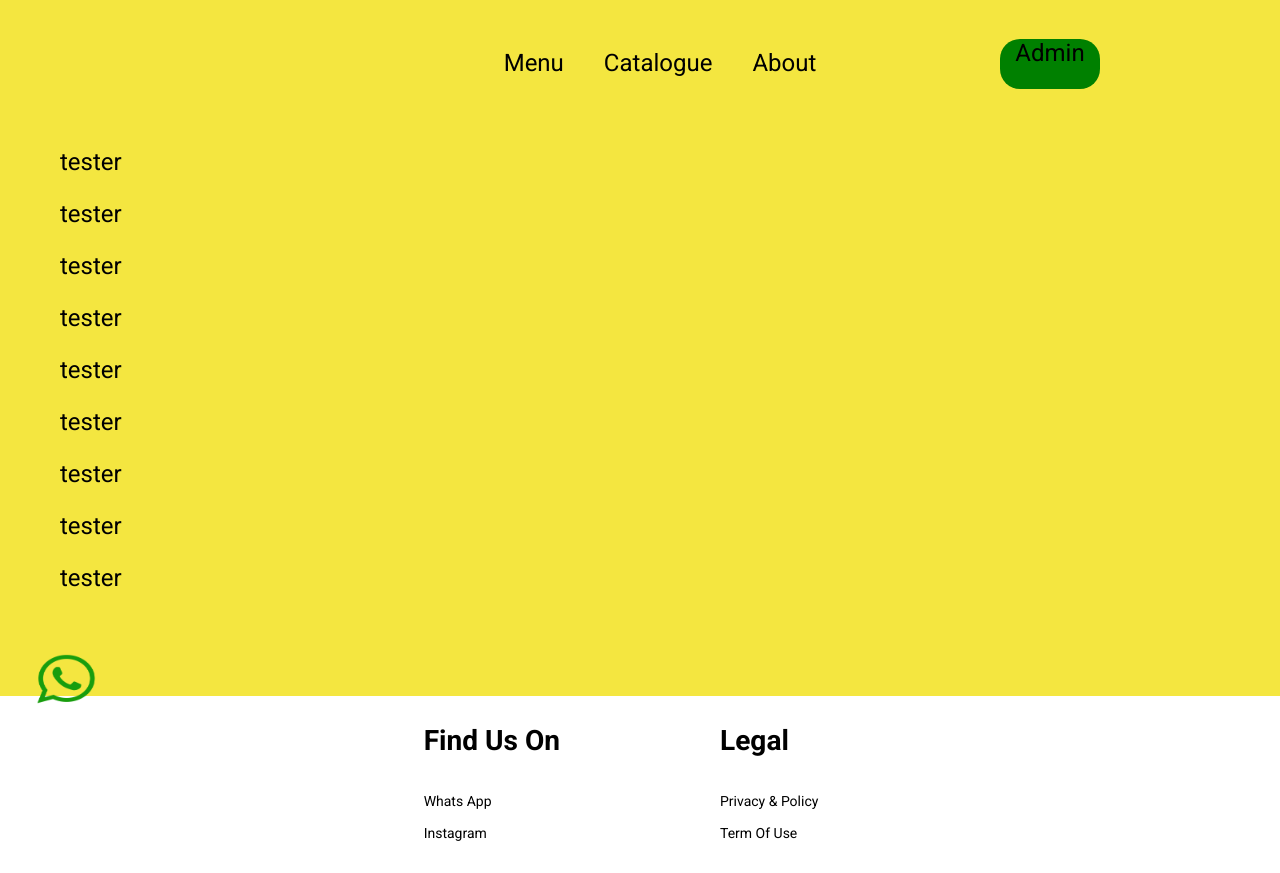
Repository: Fauzaanmhmd/Skripsi
Page: /about
The author's editor kept a copy of each file at every save. The page is drawn from the files as they stood at one save, then again after the next save.
The browser window is 1280 px wide. The pictures show the whole page.
The project was rebuilt for these pictures with package versions that can differ from the ones it lists, and the page was loaded fresh each time. The framework's server and built-in components were replaced by stand-ins that run in the browser. Also part of the build but not shown: next.config.js, components/background.js.

Above is the page before, as saved 2021-06-02 08:29:35.

### pages/about/index.js
import Layout from "../../components/Layout"

export default function About({ recipes }) {
    return (
        <Layout>
            <div>
                <p>tester</p>
                <p>tester</p>
                <p>tester</p>
                <p>tester</p>
                <p>tester</p>
                <p>tester</p>
                <p>tester</p>
                <p>tester</p>
                <p>tester</p>
                <p>tester</p>
                <p>tester</p>

            </div>
        </Layout>

    )
}

### styles/globals.css
@import url('https://fonts.googleapis.com/css2?family=Roboto:ital,wght@0,100;0,300;0,400;0,500;0,700;0,900;1,100;1,300;1,400;1,500;1,700;1,900&display=swap');

body {
  background: #F4E640;
  margin: 0;
  font-family: 'Roboto';
  font-size: 1.5em;
}
.layout {
  min-height: 100vh;
  display: flex;
  flex-direction: column;
}
header {
  text-align: center;
}
header a {
  text-decoration: none;
  color: black;
  text-transform: uppercase;
  display: inline-block;
}
header h1, header h2 {
  margin: 0;
}
header span {
  display: block;
  line-height: 1em;
}
header span:first-child {
  font-size: 1em;
  font-weight: 400;
}
header span:last-child {
  font-size: 1.5em;
  font-weight: 800;
}
header h2 {
  font-size: 1.2em;
  font-weight: 400;
}

.page-content {
  max-width: 1200px;
  margin: 20px auto 80px;
  padding: 0 20px;
  width: 100%;
  box-sizing: border-box;
}

ul{
  list-style-type: none;
  display: flex;
}

.ul_foot {
  display: flex;
  flex-direction: column;
  width: 100%;
}

.socmed {
  display: fixed;
  flex-direction: column;
  bottom: 0;
  left: 0;

}

.ul_foot > li {
  border-bottom: none;
}

.ul_foot >li:hover {
  border-bottom: none;
}
li {
  margin: 20px;
  cursor: pointer;
  border-bottom: 2px solid #F4E640;
}
li:hover {
background-color: transparent;
border-bottom: 2px solid black;
}
.navimg{
  position: absolute;
  left: 20px;
}
.zoom:hover {
  -ms-transform: scale(1.5); /* IE 9 */
  -webkit-transform: scale(1.5); /* Safari 3-8 */
  transform: scale(1.5);
  transition: transform .9s;
}

img {
  width: 550px;
  height: 380px;
  margin: 10px 0 0 0;
  padding: 10px 20px 0px 20px;
  display: flex;
  justify-content: center;
  align-items: center;
  position: relative;
  cursor: pointer;
}

img:hover {
  -ms-transform: scale(1.1); /* IE 9 */
  -webkit-transform: scale(1.1); /* Safari 3-8 */
  transform: scale(1.1);
  transition: transform .9s;
}

.image {
  display: grid;
  grid-template-columns: repeat(2,minmax(0,1fr));
  grid-gap: 5rem;
}

.img_product{
  width: 550px;
  height: 380px;
  margin: auto;
  margin-top: 150px;
  padding: 10px 20px 0px 20px;
  display: flex;
  justify-content: center;
  align-items: center;
  position: relative;
  cursor: pointer;
}

.button {
  cursor : pointer;
  margin: 0 30px;
  padding: 0 20px;
  width: 100px;
}

.button {
  cursor: pointer;
  border-bottom-width: 2px;
  background-color: #4CAF50;
  color: white;
  padding: 12px 20px;
  border: none;
  border-radius: 4px;
  cursor: pointer;
  float: center;
}

.img-bg {
  display: flex;
  background-color: white;
  flex-direction: column;
  justify-content: center;
  align-items: center;
  width: 65%;
  height: 150px;
  margin: -30px 130px 40px 130px;
  grid-template-columns: repeat(2,minmax(0,1fr));
}

.zoom-dropdown:hover {
  -ms-transform: scale(1.5); /* IE 9 */
  -webkit-transform: scale(1.5); /* Safari 3-8 */
  transform: scale(1.5);
  transition: transform .9s;
}

.zoom_wrapper {
  margin-top: 120px;
  width: 100%;
  text-align: center;
}

.form_catalogue {
  display: flex;
  background-color: white;
  flex-direction: column;
  justify-content: center;
  align-items: center;
  width: 100%;
  height: auto;
  margin: 20px 130px 140px 0px;
  border-radius: 20px;
}

section {
  background-color: white;
  padding: 1rem 1rem;
  border-radius: 20px;
}
.input-field {
  background:rgba(255,255,255,0.1);
  margin-bottom:10px;
  margin-top:3px;
  line-height:1.5em;
  font-size:20px;
  font-size:1.3rem;
  border:none;
  padding:5px 10px 5px 10px;
  color:black;
  box-sizing:border-box;
  width:100%;
  margin-left:auto;
  margin-right:auto;
}

* {
  box-sizing: border-box;
}

input[type=text], select, textarea {
  width: 100%;
  padding: 12px;
  border: 1px solid #ccc;
  border-radius: 4px;
  resize: vertical;
}

label {
  padding: 12px 12px 12px 0;
  display: inline-block;
}

input[type=submit] {
  background-color: #4CAF50;
  color: white;
  padding: 12px 20px;
  border: none;
  border-radius: 4px;
  cursor: pointer;
  float: right;
}

input[type=submit]:hover {
  background-color: #45a049;
}

.container {
  border-radius: 5px;
  background-color: #f2f2f2;
  padding: 20px;
}

.col-25 {
  float: left;
  width: 25%;
  margin-top: 6px;
}

.col-75 {
  float: left;
  width: 75%;
  margin-top: 6px;
}

/* Clear floats after the columns */
.row:after {
  content: "";
  display: table;
  clear: both;
}

.form {
  text-align: center;
  margin-top: 130px;
}

.form_button {
  border-bottom-width: 2px;
  background-color: #4CAF50;
  color: white;
  padding: 12px 20px;
  border: none;
  border-radius: 4px;
  cursor: pointer;
  float: right;
}

.swal-title {
  margin: 0px;
  font-size: 16px;
  box-shadow: 0px 1px 1px rgba(0, 0, 0, 0.21);
  margin-bottom: 28px;
}


.navbar {
  display: flex;
  justify-content: center;
  padding: 5px 20px;
  align-items: center;
  background-color: #F4E640;
  flex-direction: column-reverse;
  position: fixed;
  z-index: 999;
  width: 100%;
}

/* footer {
  background: white;
  color: black;
  padding: 40px;
  text-align: center;
  display: flex;
  align-items: center;
  width: 100%;
  justify-content: space-around
} */
footer {
  display: flex;
  justify-content: center;
  background-color: white;
}

.footer_inner {
  display: grid;
  grid-template-columns: repeat(2, minmax(0, 1fr));
  grid-gap: 10rem;
}

.footer_list{
  display: flex;
  flex-direction: column;
  padding-left: 0;
}

.footer_listItem {
  margin: .5rem 0;
  font-size: 14px;
  border-bottom: none;
}

.footer_list a {
  text-decoration: none;
  color: black;
}
.icon_wa {
  position: fixed;
  z-index: 99999;
  bottom: 16px;
  left: 16px;
}

.icon_waImg {
  height: 60px;
  width: 100px;
  background-color: transparent;
}

.content a {
  background-color: #45a049;
  padding: 10px 20px;
  border-radius: 30px;
  color: black;
  text-decoration: none;
  width: fit-content;
}

.content {
  float: left;
  padding: 10px;
  text-decoration: none;
}

.socmed a {
  margin: 10px;
}

.modal {
  display: flex;
  justify-content: center;
  align-items: center;
  position: fixed;
  top: 0;
  right: 0;
  bottom: 0;
  background-color: #0000009c;
  left: 0;
  z-index: 1000;
}

.modal_container{
  width: 500px;
  height: 100px;
  padding-left: -5px;
  background-color: white;
  border-radius: 6px;
  position: relative;
  text-align: center;
  padding-top: 15px;
  padding-right: 60px;
  font-size: 22px;
}

.button_click {
  position: absolute;
  top: 1rem;
  right: 2rem;
  cursor: pointer;
}

.fa-check-square:before {
  position: relative;
  right: 0;
  content: "\f14a";
  font-size: 60px;
  color: #45a049;
}

.background {
  display: flex;
  padding: 20px 20px;
}

.background_judul {
  display: flex;
  justify-content: center;
  align-items: center;
  width: 50%;
}

.bg_img {
  margin-top: 100px;
  width: 99vw;
  position: relative;
}

.bg_text {
  background-color: transparent;
}

@media screen and (max-width: 765px) {
  .image {
    grid-template-columns: repeat(1,minmax(0,1fr));
    grid-gap: 5rem;
  }
  .footer_inner {
  grid-template-columns: repeat(1, minmax(0, 1fr));
  grid-gap: 10rem;
  }

  .img {
    width: 225px;
    height: 190px;
  }

  .image_wrapper {
    display: flex;
    align-items: center;
    justify-content: center;
    flex-direction: column;
  }

  .bg_img {
    width: 100vw;
    height: auto;
    display: flex;
    align-items: center;
    justify-content: center;
  }
}

.admin {
  display: flex;
  justify-content: center;
  align-items: center;
  width: 100%;
  height: 50vw;
  background-color: #4CAF50;
}

.admin_container {
  background-color: aqua;
}

.navbar_admin {
  position: absolute;
  background-color: green;
  right: 180px;
  border-radius: 20px;
  width: 100px;
  height: 50px;
}

### components/Layout.js
import Link from 'next/link'
import Navbar from './Navbar'
import Background from './background'

export default function Layout({ children, withBackground, judul }) {

  return (
    <div className="layout">
      <header>
        <Navbar />
      </header>

      {
        withBackground &&
        <>
          <Background />
          {
            judul
          }
        </>
      }

      <div className="page-content">
        {children}
      </div>

      <footer>
        <div className="footer_inner">
          <div className="footer_item">
            <h3>Find Us On</h3>
            <ul className="footer_list">
              <a target="blank" href="https://wa.link/74wpl7">
                <li className="footer_listItem">Whats App</li>
              </a>
              <a target="blank" href="http://www.instagram.com/fauzaan.mhmd/">
                <li className="footer_listItem">Instagram</li>
              </a>
            </ul>
          </div>
          <div className="footer_item">
            <h3>Legal</h3>
            <ul className="footer_list">
              <Link href={`/catalogue/privacypolicy`}>
                <li className="footer_listItem">Privacy & Policy</li>
              </Link>
              <Link href={`/catalogue/termofuse`}>
                <li className="footer_listItem">Term Of Use</li>
              </Link>
            </ul>
          </div>
        </div>
        <div className="icon_wa">
          <a target="blank" href="https://wa.link/74wpl7">
            <img className="icon_waImg" src="/img/wa.png" alt="" />
          </a>
        </div>
      </footer>
    </div >
  )
}

### components/Navbar.js
import Link from 'next/link'

const Navbar = props => {
    return (
        <div className="navbar">
            <ul className="navbar_menu">
                <Link href="/">
                    <li className="zoom">Menu</li>
                </Link>
                <Link href="/catalogue">
                    <li className="zoom-dropdown">Catalogue</li>
                </Link>
                <Link href="/about">
                    <li className="zoom">About</li>
                </Link>
            </ul>
            <Link href="/admin">
                <div className="navbar_admin">Admin</div>
            </Link>
        </div>
    )
}

export default Navbar

Loaded but not shown: pages/_app.js (common file)

After the next save:
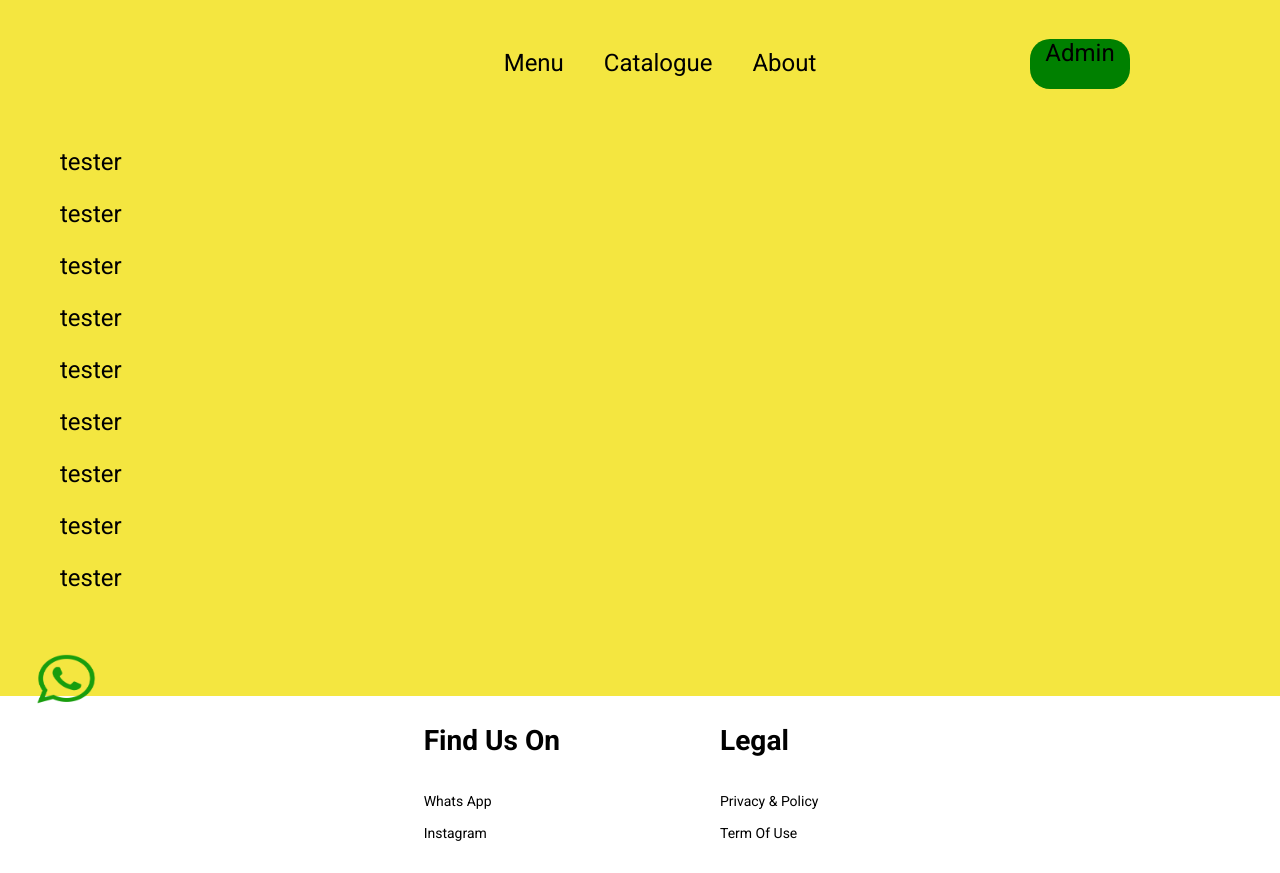
Saved 4 s later.
--- a/styles/globals.css
+++ b/styles/globals.css
@@ -481,7 +481,7 @@
 .navbar_admin {
   position: absolute;
   background-color: green;
-  right: 180px;
+  right: 150px;
   border-radius: 20px;
   width: 100px;
   height: 50px;
